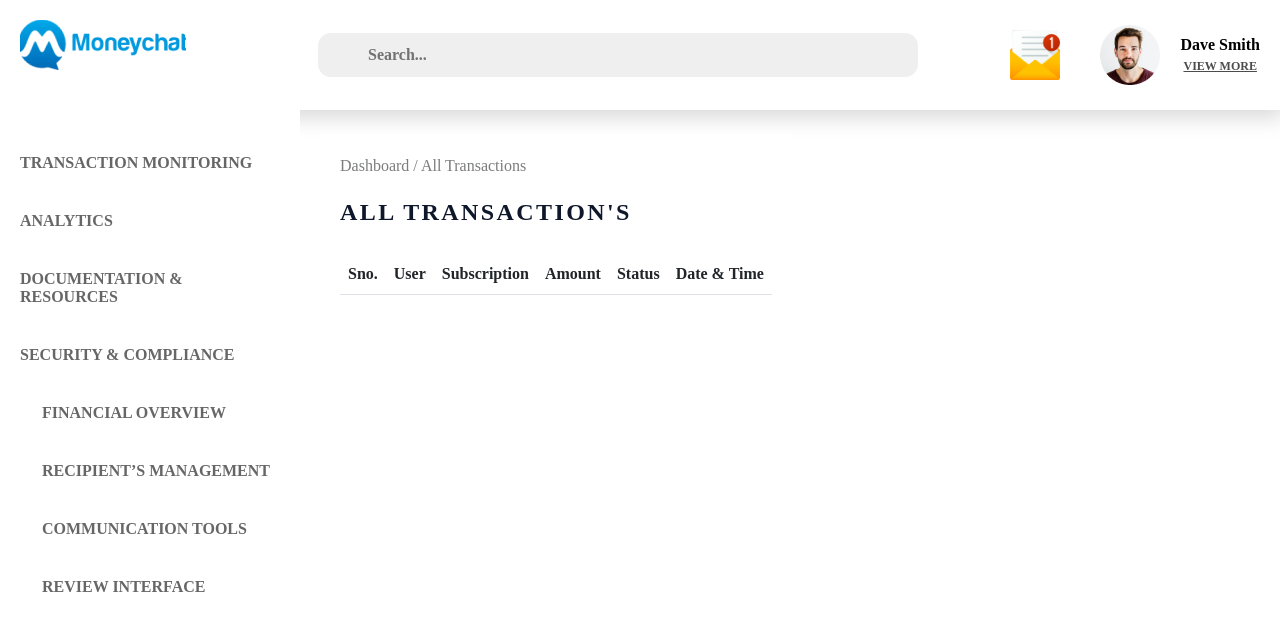
Repository: FlyweisReact/Money-Chat
Page: /transaction
The author's editor kept a copy of each file at every save. The page is drawn from the files as they stood at one save, then again after a run of saves.
The browser window is 1280 px wide. The pictures show the whole page.
The project was rebuilt for these pictures with package versions that can differ from the ones it lists, and the page was loaded fresh each time. Also part of the build but not shown: src/forms/ForgetPassword.js, src/forms/Login.jsx, src/forms/NeedHelp.js, src/forms/Regestration.js, src/forms/Verify.js. Imported but missing from the stored project, and not drawn on this page: src/pages/Component/SpinnerComp.

Above is the page before, as saved 2023-11-30 15:01:55.

### src/index.js
import React from "react";
import ReactDOM from "react-dom/client";
import "./index.css";
import App from "./App";
import { BrowserRouter } from "react-router-dom";
import 'bootstrap/dist/css/bootstrap.min.css'
// Commit Changes
const root = ReactDOM.createRoot(document.getElementById("root"));
root.render(
  <React.StrictMode>
    <BrowserRouter>
      <App />
    </BrowserRouter>
  </React.StrictMode>
);

### src/CSS/style.css
/** @format */

.Login_screen {
  background: linear-gradient(
      0deg,
      rgba(238, 238, 238, 0.2) 0%,
      rgba(238, 238, 238, 0.2) 100%
    ),
    #fff;
  display: flex;
  flex-direction: column;
  justify-content: center;
  align-items: center;
  width: 100%;
  height: 100vh;
}
.Login_screen .Login_Container {
  max-width: 667px;
  max-height: 785px;
  width: 100%;
  height: 100%;
  border-radius: 13px;
  background: #fff;
  box-shadow: 0px 10px 30px 3px rgba(0, 0, 0, 0.15);
  padding: 20px;
  padding-bottom: 50px;
}
.Login_screen .Login_Container .logo {
  display: block;
  margin: auto;
  width: 166px;
  margin-top: 40px;
}
.Login_screen .Login_Container .description {
  margin-top: 40px;
}
.Login_screen .Login_Container .description h6 {
  color: #000;
  text-align: center;
  font-size: 32px;
  font-style: normal;
  font-weight: 700;
  line-height: normal;
}

.Login_screen .Login_Container .description p {
  color: rgba(0, 0, 0, 0.7);
  text-align: center;
  font-size: 20px;
  font-style: normal;
  font-weight: 400;
  line-height: normal;
}

.Login_Container .input_container {
  margin-bottom: 50px;
}
.Login_Container .input_container.special {
  max-height: 300px;
  padding-bottom: 50px;
  overflow-y: scroll;
}
.Login_Container .input_group {
  display: flex;
  gap: 10px;
  align-items: center;
  border-radius: 13px;
  background: rgba(238, 238, 238, 0.2);
  box-shadow: 0px 6px 20px 2px rgba(0, 0, 0, 0.15);
  padding: 15px;
  width: 80%;
  margin: auto;
}
.Login_Container .input_group img {
  width: 20px;
}
.Login_Container .input_group input {
  outline: none;
  border: none;
  color: #0070bc;
  font-size: 16px;
  font-style: normal;
  font-weight: 500;
  line-height: normal;
  font-weight: 600;
  width: 80%;
}
.Login_Container .input_group input.without_color {
  color: rgba(0, 0, 0, 0.7);
}
.Login_Container .input_group input.without_color::placeholder {
  color: rgba(0, 0, 0, 0.7);
}
.Login_Container .input_group input::placeholder {
  color: #0070bc;
  font-weight: 600;
}

.Login_Container .login_btn {
  max-width: 250px;
  width: 100%;
  display: block;
  margin: auto;
  margin-top: 40px;
  color: #fff;
  text-align: center;
  font-size: 18px;
  font-style: normal;
  font-weight: 600;
  line-height: normal;
  border-radius: 10px;
  background: linear-gradient(180deg, #fea82f 0%, #fd575b 100%);
  padding: 15px;
}

.Login_Container .create_new {
  display: flex;
  justify-content: center;
  gap: 20px;
  align-items: center;
  margin-top: 50px;
}

.Login_Container .create_new .item {
  display: flex;
  gap: 10px;
  align-items: center;
  width: 300px;
  justify-content: center;
}
.Login_Container .create_new .item img {
  width: 20px;
}
.Login_Container .create_new .item span {
  color: rgba(0, 0, 0, 0.7);
  text-align: center;
  font-size: 16px;
  font-style: normal;
  font-weight: 600;
  line-height: normal;
}

.Login_Container .create_new .item:first-child {
  border-right: 2px solid #000;
  padding-right: 10px;
}

.Login_Container a {
  text-decoration: none;
}

.Login_Container .button_container {
  display: flex;
  justify-content: space-between;
  align-items: center;
  gap: 20px;
}
.Login_Container .button_container button {
  max-width: 250px;
  width: 100%;
  display: block;
  margin: auto;
  color: #fff;
  text-align: center;
  font-size: 18px;
  font-style: normal;
  font-weight: 600;
  line-height: normal;
  border-radius: 10px;
  background: linear-gradient(180deg, #fea82f 0%, #fd575b 100%);
  padding: 15px;
}

.Login_Container .button_container .cancel {
  max-width: 250px;
  width: 100%;
  display: flex;
  gap: 10px;
  align-items: center;
}
.Login_Container .button_container .cancel a {
  font-size: 18px;
  font-style: normal;
  font-weight: 700;
  line-height: normal;
  text-decoration-line: underline;
  background: linear-gradient(180deg, #fea82f 0%, #fd575b 100%);
  background-clip: text;
  -webkit-background-clip: text;
  -webkit-text-fill-color: transparent;
}
.Login_Container .button_container .cancel img {
  width: 30px;
}

.Login_Container .progress_bar {
  border-radius: 10px;
  background: rgba(196, 196, 196, 0.4);
  width: 100%;
  height: 16px;
  margin-top: 40px;
}

.Login_Container .progress_bar .colored {
  width: 33%;
  border-radius: 10px;
  background: linear-gradient(90deg, #fea82f 0%, #fd575b 100%);
  height: 100%;
}
.Login_Container .progress_bar .second_stage {
  width: 80%;
  border-radius: 10px;
  background: linear-gradient(90deg, #fea82f 0%, #fd575b 100%);
  height: 100%;
}

.Login_Container .input_container .heading {
  color: #0070bc;
  font-size: 20px;
  font-style: normal;
  font-weight: 700;
  line-height: normal;
  padding: 20px;
  padding-bottom: 0;
  margin-top: 20px;
}

.Login_Container .whole_button_container {
  border-radius: 13px;
  background: rgba(238, 238, 238, 0.2);
  box-shadow: 0px 6px 20px 2px rgba(0, 0, 0, 0.15);
  width: 90%;
  margin: auto;
  display: flex;
  align-items: center;
  justify-content: space-between;
  padding-left: 20px;
  padding-right: 20px;
  padding: 10px;
  margin-top: 10px;
}

.Login_Container .whole_button_container p {
  margin: 0;
  color: rgba(0, 0, 0, 0.7);
  font-size: 16px;
  font-style: normal;
  font-weight: 600;
  line-height: normal;
}

.Login_Container .whole_button_container button {
  border-radius: 13px;
  background: rgba(0, 170, 234, 0.5);
  width: 200px;
  padding: 10px;
  color: #fff;
  text-align: center;
  font-size: 16px;
  font-style: normal;
  font-weight: 600;
  line-height: normal;
  display: flex;
  justify-content: center;
  align-items: center;
  gap: 20px;
}

.Login_Container .whole_button_container button.img {
  width: 20px;
}

.verify {
  background: #f0f6f5;
  width: 100%;
  height: 100vh;
}
.verify img {
  width: 800px;
  display: block;
  margin: auto;
}
.verify .colored {
  color: rgba(0, 0, 0, 0.7);
  text-align: center;
  font-size: 32px;
  font-style: normal;
  font-weight: 500;
  line-height: normal;
}
.verify p {
  color: rgba(0, 0, 0, 0.6);
  text-align: center;
  font-size: 24px;
  font-style: normal;
  font-weight: 400;
  line-height: normal;
}

.Login_Container .Drop_Links {
  padding: 20px;
}

.Login_Container .Drop_Links div {
  border-bottom: 1px solid rgba(0, 0, 0, 0.6);
  padding: 20px;
  display: flex;
  justify-content: space-between;
  align-items: center;
  cursor: pointer;
  margin-top: 20px;
}
.Login_Container .Drop_Links div span {
  color: rgba(0, 0, 0, 0.6);
  font-size: 16px;
  font-style: normal;
  font-weight: 600;
  line-height: normal;
}
.Login_Container .Drop_Links div i {
  font-size: 18px;
  color: #fea82f;
}

/* Navbar */
.Navbar {
  background: #fff;
  box-shadow: 0px 4px 20px 4px rgba(0, 0, 0, 0.15);
  display: flex;
  justify-content: space-between;
  align-items: center;
  gap: 20px;
  padding: 20px;
  width: 100%;
}
.Navbar .logo {
  width: 206px;
}

.Navbar .search_bar {
  border-radius: 13px;
  background: rgba(238, 238, 238, 0.93);
  max-width: 600px;
  width: 100%;
  padding: 10px;
  display: flex;
  gap: 20px;
  align-items: center;
  padding-left: 30px;
}

.Navbar .search_bar input {
  background-color: transparent;
  outline: none;
  width: 90%;
  font-size: 16px;
  font-weight: 600;
}

.Navbar .search_bar input::placeholder {
  color: rgba(30, 30, 30, 0.6);
  font-weight: 600;
}

.Navbar .side_div {
  display: flex;
  align-items: center;
  gap: 20px;
  justify-content: space-between;
  max-width: 250px;
  width: 100%;
}

.Navbar .side_div .notify {
  max-width: 50px;
  width: 100%;
}
.Navbar .side_div .content {
  display: flex;
  align-items: center;
  gap: 20px;
}
.Navbar .side_div .content div {
  display: flex;
  flex-direction: column;
  gap: 5px;
  justify-content: center;
  align-items: center;
}
.Navbar .side_div .content div p {
  margin: 0;
  color: #000;
  font-size: 16px;
  font-style: normal;
  font-weight: 600;
  line-height: normal;
}

.Navbar .side_div .content div a {
  color: rgba(0, 0, 0, 0.7);
  font-size: 12px;
  font-style: normal;
  font-weight: 600;
  text-decoration: underline;
  line-height: normal;
}

/* ---- */
.component_style {
  display: flex;
  gap: 20px;
}
.sidebar {
  background-color: #fff;
  width: 300px;
}

.sidebar ul {
  display: flex;
  gap: 40px;
  flex-direction: column;
  padding: 20px;
}
.sidebar ul li {
  display: flex;
  align-items: center;
  gap: 10px;
}
.sidebar ul li span.link {
  color: rgba(0, 0, 0, 0.6);
  font-size: 16px;
  font-style: normal;
  font-weight: 600;
  line-height: normal;
}

### src/layout/HOC.jsx
/** @format */

import React, { useState } from "react";
import Navbar from "./Navbar";
import Sidebar from "./Sidebar";

const HOC = (Wcomponenet) => {
  return function Component() {
    const [hamb, setHamb] = useState(false);
    return (
      <>
        <div style={{ backgroundColor: "#f2f3f8" }}>
          <Navbar hamb={hamb} setHamb={setHamb} />
        </div>

        <section className="component_style">
          <Sidebar hamb={hamb} setHamb={setHamb} />
          <div
            className="my-6 text-#000 h-[87%] wcomp"
            style={{ overflowY: "auto" }}
          >
            {" "}
            <Wcomponenet />
          </div>
        </section>
      </>
    );
  };
};

export default HOC;

### src/layout/Navbar.jsx
/** @format */
import logo from "../Images/logo.png";

const Navbar = () => {
  return (
    <>
      <div className="Navbar">
        <div className="logo">
          <img src={logo} alt="" />
        </div>

        <div className="search_bar">
          <i className="fa-solid fa-magnifying-glass"></i>
          <input type="search" placeholder="Search..." />
        </div>

        <div className="side_div">
          <img src="./Image/13.png" alt="" className="notify" />

          <div className="content">
            <img src="./Image/12.png" alt="" />
            <div>
              <p className="head">Dave Smith</p>
              <a>VIEW MORE </a>
            </div>
          </div>

        </div>


      </div>
    </>
  );
};

export default Navbar;

### src/layout/Sidebar.jsx
/** @format */

import React from "react";
import { Link, useNavigate } from "react-router-dom";
import { BiLogOutCircle } from "react-icons/bi";
import { toast } from "react-toastify";

const Sidebar = () => {
  const navigate = useNavigate();

  const nav = [
    {
      img : "./Image/14.svg" ,
      link: "/dashboard ",
      name: "Transaction Monitoring",
    },
    {

      link: "/Product",
      name: "Analytics ",
    },

    {

      link: "/service",
      name: "Documentation & Resources",
    },
    {

      link: "/gallery",
      name: "Security & Compliance",
    },
    {
      icon: <i className="fa-solid fa-user  text-xl mr-3 rounded-full"></i>,
      link: "/getblog",
      name: "Financial Overview",
    },
    {
      icon: <i className="fa-solid fa-user  text-xl mr-3 rounded-full"></i>,
      link: "/privacy-policy",
      name: "Recipient’s Management",
    },
    {
      icon: <i className="fa-solid fa-user  text-xl mr-3 rounded-full"></i>,
      link: "/terms",
      name: "Communication Tools",
    },
    {
      icon: <i className="fa-solid fa-user  text-xl mr-3 rounded-full"></i>,
      link: "/brand",
      name: "Review Interface",
    },

  ];

  const logOut = () => {
    localStorage.clear();
    navigate("/");
    toast.success("Logged Out");
  };

  return (
    <>
      <aside className="sidebar">
        <nav className="py-6">
          <ul>
            {nav.map((nav) => {
              return (
                <Link
                  to={nav.link}
                  key={nav.name}
                  className=""
                  style={{ textDecoration: "none", textTransform: "uppercase" }}
                >
                  <li>
                    {nav.icon}
                    <span className="link"> {nav.name}</span>
                  </li>
                </Link>
              );
            })}
          </ul>

          <span
            className="flex my-3 items-center cursor-pointer text-gray-900    tracking-wider p-2 rounded-sm"
            onClick={() => logOut()}
            style={{ color: "#FFF", textTransform: "uppercase" }}
          >
            <BiLogOutCircle className="text-xl mr-3 rounded-full " /> LogOut
          </span>
        </nav>
      </aside>
    </>
  );
};

export default Sidebar;

Loaded but not shown: tailwind.config.js (common file); src/App.js (46 lines, source omitted); src/pages/Transaction/Transaction.js (42 lines, source omitted); src/index.css (923 lines, source omitted)

After the next 5 saves:
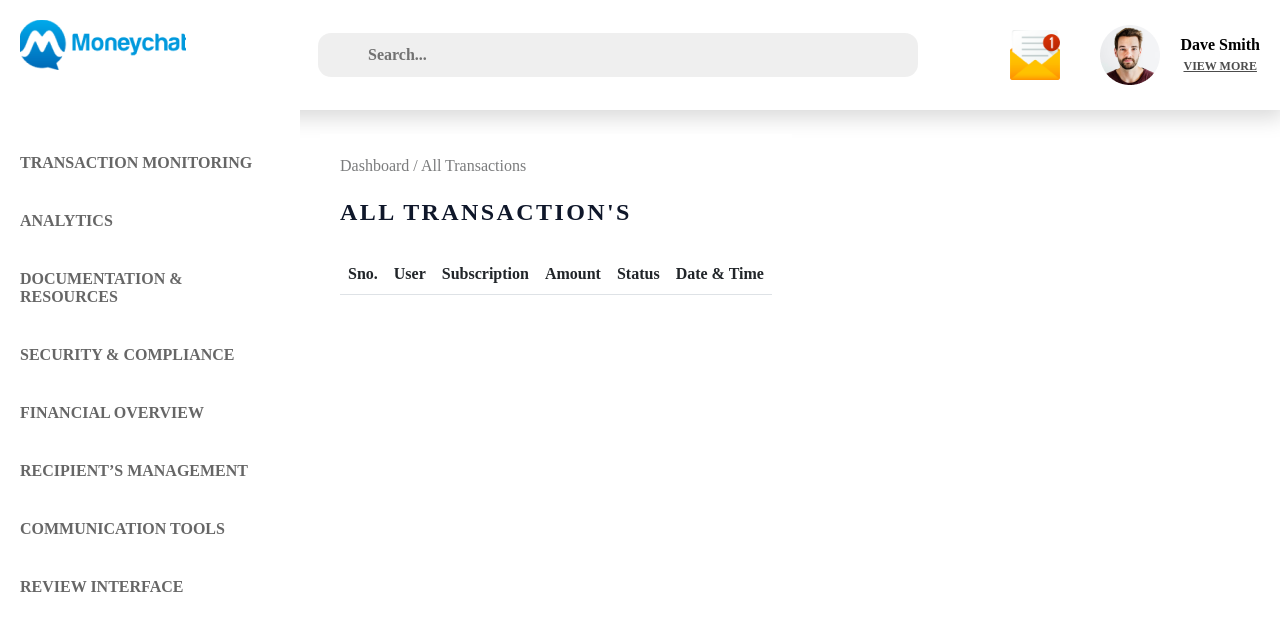
The 5 saves are shown as one change because they came seconds apart.
The last was saved 9 s later.
--- a/src/layout/Sidebar.jsx
+++ b/src/layout/Sidebar.jsx
@@ -10,47 +10,39 @@ const Sidebar = () => {
 
   const nav = [
     {
-      img : "./Image/14.svg" ,
+      img: "./Image/14.svg",
       link: "/dashboard ",
       name: "Transaction Monitoring",
     },
     {
-
       link: "/Product",
       name: "Analytics ",
     },
 
     {
-
       link: "/service",
       name: "Documentation & Resources",
     },
     {
-
       link: "/gallery",
       name: "Security & Compliance",
     },
     {
-      icon: <i className="fa-solid fa-user  text-xl mr-3 rounded-full"></i>,
       link: "/getblog",
       name: "Financial Overview",
     },
     {
-      icon: <i className="fa-solid fa-user  text-xl mr-3 rounded-full"></i>,
       link: "/privacy-policy",
       name: "Recipient’s Management",
     },
     {
-      icon: <i className="fa-solid fa-user  text-xl mr-3 rounded-full"></i>,
       link: "/terms",
       name: "Communication Tools",
     },
     {
-      icon: <i className="fa-solid fa-user  text-xl mr-3 rounded-full"></i>,
       link: "/brand",
       name: "Review Interface",
     },
-
   ];
 
   const logOut = () => {
@@ -85,9 +77,7 @@ const Sidebar = () => {
             className="flex my-3 items-center cursor-pointer text-gray-900    tracking-wider p-2 rounded-sm"
             onClick={() => logOut()}
             style={{ color: "#FFF", textTransform: "uppercase" }}
-          >
-            <BiLogOutCircle className="text-xl mr-3 rounded-full " /> LogOut
-          </span>
+          ></span>
         </nav>
       </aside>
     </>
